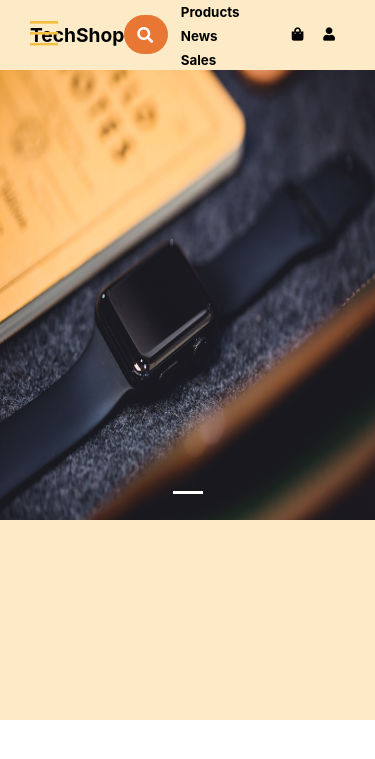
Repository: dinhngocup/TechShop
Page: /home
These files come from the project's save history. The page is drawn as it stood at one moment and after a run of saves; the edit follows.
The browser window is 375 px wide. The pictures show the whole page.
Some web libraries are served in a nearby version. The project was rebuilt for these pictures with package versions that can differ from the ones it lists, and the page was loaded fresh each time. Also part of the build but not shown: src/App.css, src/components/news.jsx.

Above is the page before, as saved 2021-03-17 22:53:05.

### public/index.html
<!doctype html>
<html lang="en">
  <head>
    <title>Title</title>
    <!-- Required meta tags -->
    <meta charset="utf-8">
    <meta name="viewport" content="width=device-width, initial-scale=1, shrink-to-fit=no">

    <!-- Bootstrap CSS -->
    <link rel="stylesheet" href="https://stackpath.bootstrapcdn.com/bootstrap/4.3.1/css/bootstrap.min.css" integrity="sha384-ggOyR0iXCbMQv3Xipma34MD+dH/1fQ784/j6cY/iJTQUOhcWr7x9JvoRxT2MZw1T" crossorigin="anonymous">

    <!-- Font awesome-->
    <link rel="stylesheet" href="https://maxcdn.bootstrapcdn.com/font-awesome/4.7.0/css/font-awesome.min.css">
    <link rel="stylesheet" href="https://cdnjs.cloudflare.com/ajax/libs/font-awesome/5.13.0/css/all.min.css">
  </head>
  <body>
    <div id="root"></div>
    <!-- Optional JavaScript -->
    <!-- jQuery first, then Popper.js, then Bootstrap JS -->
    <script src="https://code.jquery.com/jquery-3.3.1.slim.min.js" integrity="sha384-q8i/X+965DzO0rT7abK41JStQIAqVgRVzpbzo5smXKp4YfRvH+8abtTE1Pi6jizo" crossorigin="anonymous"></script>
    <script src="https://cdnjs.cloudflare.com/ajax/libs/popper.js/1.14.7/umd/popper.min.js" integrity="sha384-UO2eT0CpHqdSJQ6hJty5KVphtPhzWj9WO1clHTMGa3JDZwrnQq4sF86dIHNDz0W1" crossorigin="anonymous"></script>
    <script src="https://stackpath.bootstrapcdn.com/bootstrap/4.3.1/js/bootstrap.min.js" integrity="sha384-JjSmVgyd0p3pXB1rRibZUAYoIIy6OrQ6VrjIEaFf/nJGzIxFDsf4x0xIM+B07jRM" crossorigin="anonymous"></script>
  </body>
</html>

### src/App.js
import Header from "./components/Header/header";
import "./App.css";
import News from './components/news'
import Home from './components/Home/home'
import {
  BrowserRouter as Router,
  Switch,
  Route,
} from "react-router-dom";
function App() {
  return (
    <Router>
      <Header />
      <Switch>
        <Route path="/home" component={Home}/>
        <Route path="/shopping-cart" />
        <Route path="/user-info" />
        <Route path="/products" />
        <Route path="/news" component={News}/>
        <Route path="/sales" />
        <Route path="/contacts" />
      </Switch>
    </Router>
  );
}

export default App;

### src/components/Header/header.jsx
import React from 'react';
import './_header.scss'
import Menu from './Menu/menu'
import Nav from './Nav/nav'
import Info from './Info/info'

function Header() {
    return (
        <div className='header d-flex'>
            <Menu />
            <Nav />
            <Info />
        </div>
    );
}

export default Header;

### src/components/Home/home.jsx
import React from 'react'
import Banner from './Banner/banner'
import './_home.scss'
function Home() {
    return (
        <div className="body-content">
            <Banner />

        </div>
    )
}



export default Home

### src/components/Header/_header.scss
.header {
   height: 70px;
   background-color: rgb(252,235,198);
   flex-direction: row;
   align-items: center;
   justify-content: space-between;
   padding: 0px 30px;
   width: 100%;
   position: fixed;
}

### src/components/Header/Menu/menu.jsx
import React, { useState, useEffect } from "react";
import "./_menu.scss";
import { Link } from "react-router-dom";
import MenuItem from "./menu-item";

function Menu() {
  const [isHiddingMenu, setIsHiddingMenu] = useState(false);
  const [nav, setNav] = useState("");
  const [li, setLi] = useState("");

  //const [menuItems, setMenuItems] = useState("");

  const placeLiElement = (li, nav) => {
    let boundary_y = li[0].getBoundingClientRect().top;
    li.forEach((el, i) => {
      let top =
        el.getBoundingClientRect().top +
        el.getAttribute("data-group") * -11 -
        boundary_y;
      el.style.setProperty("--top", top);
      el.style.setProperty("--delay-close", `${i * 0.1}s`);
      el.style.setProperty("--delay-open", `${(li.length - i) * 0.1}s`);
    });
    nav.classList.toggle("nav-closed");

  }


  //get nav & li position
  useEffect(() => {
    let navElement = document.getElementById("hidden-menu");
    let liElement = navElement.querySelectorAll("li");
    let group_size = Math.ceil(liElement.length / 3);
    let group_index = 0;
    setNav(navElement);
    setLi(liElement);
    liElement.forEach((e, i) => {
      e.setAttribute("data-group", group_index);
      group_index =
        i % group_size === group_size - 1 ? group_index + 1 : group_index;
    });

    setIsHiddingMenu(true);
    placeLiElement(liElement, navElement);
    //console.log('1', isHiddingMenu);

  }, []);

  const showMenu = (isHiddingMenu) => {
    const menuItemsFromDB = [
      {
        label: "Home",
        to: "/home",
        activeOnlyWhenExact: false,
      },
      {
        label: "Contacts",
        to: "/contacts",
        activeOnlyWhenExact: false,
      },
      {
        label: "News",
        to: "/news",
        activeOnlyWhenExact: false,
      },
      {
        label: "Products",
        to: "/products",
        activeOnlyWhenExact: false,
      },
      {
        label: "Sales",
        to: "/sales",
        activeOnlyWhenExact: false,
      },
    ];

    let res = null;
    if (menuItemsFromDB.length > 0)
      res = menuItemsFromDB.map((item, index) => {
        let data = {
          label: item.label,
          to: item.to,
          activeOnlyWhenExact: item.activeOnlyWhenExact,
        };

        return (
          <li key={index}>
            <MenuItem data={data}
            isHiddingMenu={isHiddingMenu}
            handleHideMenu={HandleHiddenMenu}/>
          </li>
        );
      });
    return res;
  };

  const HandleHiddenMenu = (e) => {
    setIsHiddingMenu(!isHiddingMenu);
    //console.log('2', isHiddingMenu);



    // if declare e.preventDef and e.stopPropa, direct to new page is prevented
    //e.preventDefault();

    placeLiElement(li, nav);

    //e.stopPropagation();
  };
  return (

    <div className="fluid-container menu">
      <div className="row">
        <div className="col hidden-menu-container">
          <ul className="hidden-menu" id="hidden-menu">
            {showMenu(isHiddingMenu)}

            <button className="nav-toggle" onClick={HandleHiddenMenu}>
              X
            </button>
          </ul>
        </div>
        <div className="col">
          <Link className="shop-name" to="/home">
            TechShop
          </Link>
        </div>
      </div>
    </div>
  );
}

export default Menu;

### src/components/Header/Nav/nav.jsx
import React from "react";
import './_nav.scss'
import {
  NavLink,
} from "react-router-dom";
import Search from './search'
function Nav(props) {
    return (

        <div className='nav-bar d-flex'>
            <Search />
            <nav className='nav'>
                <ul>
                    <li>
                        <NavLink
                            activeClassName='active'
                            to="/home"
                            exact>
                            Home
                        </NavLink>
                    </li>
                    <li>
                        <NavLink
                            activeClassName='active'
                            to="/products">
                            Products
                        </NavLink>
                    </li>
                    <li>
                        <NavLink
                            activeClassName='active'
                            to="/news">
                            News
                        </NavLink>
                    </li>
                    <li>
                        <NavLink
                            activeClassName='active'
                            to="/sales">
                            Sales
                        </NavLink>
                    </li>
                    <li>
                        <NavLink
                            activeClassName='active'
                            to="/contacts">
                            Contacts
                        </NavLink>
                    </li>
                </ul>
            </nav>


        </div>
    );
}

export default Nav;

### src/components/Header/Info/info.jsx
import React from "react";
import "./_info.scss";
import {
  NavLink,
} from "react-router-dom";

function Info() {
    return (
        <div className="info-group d-flex">
            <NavLink
                activeClassName='active'
                to="/shopping-cart">
                <i className="fa fa-shopping-bag"></i>
            </NavLink>
            <NavLink
                activeClassName='active'
                to="/user-info">
                <i className="fa fa-user"></i>
            </NavLink>
        </div>
    );
}

export default Info;

### src/components/Home/Banner/banner.jsx
import React, { useState, useEffect } from "react";
import "./_banner.scss";
import image from '../../../assets/images/pic1.jpg'

function Banner() {
  const [bannerImages, setBannerImages] = useState("");

  //get banner images from DB
  useEffect(() => {
    // call api

    // temp data
    let images = [
      {
        src: "../../../assets/images/pic1.jpg",
        alt: "Apple Watch",
        status: "active",
      },
      {
        src: "../../../assets/images/pic2.jpg",
        alt: "Apple Watch",
        status: "inactive",
      },
      {
        src: "../../../assets/images/pic3.jpg",
        alt: "Apple Watch",
        status: "inactive",
      },
    ];
  }, []);

  return (
    <div id="demo" className="banner carousel slide" data-ride="carousel">
      <ul className="carousel-indicators">
        <li data-target="#demo" data-slide-to="0" className="active"></li>
      </ul>
      <div className="carousel-inner">
        <div className="carousel-item active">
          <img src={image} alt="Los Angeles" />
        </div>

      </div>
    </div>
  );
}

export default Banner;

### src/components/Home/_home.scss
.body-content {
    //overflow: hidden;
    padding-top: 70px;
    width: 100%;
    background-color: rgb(252,235,198);
    height: 90vh;
}

### src/components/Header/Menu/_menu.scss
@import '../Shared.scss';
.menu {
    width: 140px;
    .shop-name {
        font-weight: bold;
        font-size: larger;
        color: black;
        text-decoration: none;
    }

    .hidden-menu-container {
        display: relative;
        z-index: 999;
        .hidden-menu {
            display: inline-block;
            list-style-type: none;

            position: absolute;
            top:0;
            list-style-type: none;
            padding: 0;
            margin: 0;
            width: 200px;
            li {
                overflow: visible;
                height: 60px;
                width: 100%;
                background-color: rgb(244, 190, 67);

                transform-origin: 0 0;
                transition: transform 0.6s ease;
                transition-delay: var(--delay-open);
                padding: 20px 40px;
                align-items: center;
                a {
                    text-align: center;
                    color: rgba(255, 255, 255, 0.6);
                    font-size: 16px;
                    &:hover {
                        text-decoration: none;
                        color: white !important;
                        box-shadow: 10px 0px 40px -5px #fff;
                    }
                    &.active {
                        color: white;
                        font-weight: 700;
                    }

                }
            }
            .nav-toggle {
                position: absolute;
                top: 0;
                width: 50px;
                height: 50px;
                /* opacity: 0; */
                cursor: pointer;
                transform-origin: 0 0;
                outline: none;
                margin-left: 10px;
                right: 0;
                transition: right 1s ease, opacity 1s ease;
                opacity: 1;
                background-color: rgb(244, 190, 67);
                border: none;
                color:rgba(255, 255, 255, 0.6);
            }

            .nav-toggle:hover {
                border-radius: 50%;
                background-color: rgba(244, 190, 67, 0.1);
                color: white

            }
        }

        .nav-closed a {
            color: rgb(244, 190, 67);
        }

        .nav-closed li {
            transform: translateY(calc(var(--top) * -1px)) scaleY(0.04) scaleX(0.14);
            transition-delay: var(--delay-close);
            color: rgb(244, 190, 67);
        }

        .nav-closed .nav-toggle {
            right: calc(100% - 50px);
            opacity: 0;
        }
    }
}

### src/components/Header/Menu/menu-item.jsx
import React from 'react'
import PropTypes from 'prop-types'
import { Route, NavLink } from "react-router-dom";

MenuItem.propTypes = {
    data: PropTypes.object.isRequired,
    isHiddingMenu: PropTypes.bool.isRequired,
    handleHideMenu: PropTypes.func,
}

function MenuItem(props) {
    const {data, isHiddingMenu, handleHideMenu} = props;
    //console.log('3',isHiddingMenu)


    return (
        <Route
          path={data.to}
          exact={data.activeOnlyWhenExact}
          children={() => {
            if (isHiddingMenu) return <span>{data.label}</span>;
            return (
              <NavLink
                activeClassName="active"
                to={data.to}
                exact={data.activeOnlyWhenExact}
                onClick={handleHideMenu}
              >
                {data.label}
              </NavLink>
            );
          }}
        />
      );
}


export default MenuItem

### src/components/Header/Nav/_nav.scss
.nav-bar {
    align-items: center;
    .nav {
        ul {
            padding: 0;
            margin: 0;
            li {
                display: inline;
                padding: 20px;
                font-size: smaller;
                font-weight: bold;
                position: relative;
                a {
                    color: black;
                    transition: 0.8s;
                    &:after {
                        transition: 0.8s;
                        position: absolute;
                        content: "";
                        background-color: #E77733;

                        height: 2px;
                        width: 0%;

                        bottom: 10px;
                        left:0;
                        right: 0;

                        margin: 0 auto;
                    }
                    &:hover {
                        text-decoration: none;
                        color: #E77733;
                        &:after {
                            width: 50%;
                        }
                    }
                }
                .active {
                    color: #E77733;
                    &:after {
                        position: absolute;
                        content: "";
                        background-color: #E77733;

                        height: 2px;
                        width: 50%;

                        bottom: 10px;
                        left:0;
                        right: 0;

                        margin: 0 auto;
                    }
                }


            }
        }

    }
}

### src/components/Header/Nav/search.jsx
import React from 'react'
import './_search.scss'


function Search(props) {
    return (
        <form  className='search-form'>
            <input type="search" />
            <i className="fa fa-search"></i>
        </form>
    )
}



export default Search

### src/components/Header/Info/_info.scss

@import '../Shared.scss';

.info-group {
    font-size: smaller;
    justify-content: space-between;
    align-items: center;
    width: 80px;
    a {
        color: black;
        i {
            padding: 10px;
            border-radius: 50%;
            &:hover {
                box-shadow: 10px 0px 40px -5px #E77733, inset 0px 0px 40px 0px white;
            }
        }
        &.active {
            i {
                @include inset-shadow-active;
            }
        }

    }
}

### src/components/Home/Banner/_banner.scss
.banner {
    width: 100%;
    height: 450px;
    background-color: deeppink;
    border-radius: 0 0 10px 10px;
    display: flex;
    .carousel-item {
        height: 100%;
        img {
            height: 100%;
            width: 100%;
            object-fit: fill;
        }
    }
}
@media only screen and (max-width: 600px) {
    banner {
      background-color: lightblue;
    }
  }

### src/components/Header/Shared.scss
@mixin inset-shadow {
    padding: 10px;
    border-radius: 50%;
    box-shadow: inset 0px 0px 10px 0px white;
    &:hover {
        box-shadow: 10px 0px 40px -5px #E77733, inset 0px 0px 40px 0px white;
    }

}

@mixin inset-shadow-active {
    transition: 0.8s;
    box-shadow: 0 0 0px 2px #E77733, inset 0px 0px 40px 0px white;


}

### src/components/Header/Nav/_search.scss
.search-form {
    z-index: 999;
    display: inline;
    position: relative;

    width: 50px;
    height: 40px;

    input {
        padding-left: 40px;
        position: absolute;
        top: 0;
        left: 0;
        width: 40px;

        line-height: 35px;

        //     font-size: 1em;
        border-radius: 25px;
        border: solid 1px #E77733;
        transition: 0.8s;
        background-color: #E77733;
        pointer-events: none;
        &:focus {
            outline: none;
        }
    }
    &:hover {
        i {
            color: #E77733;
            background-color: white;
        }
        input {
            pointer-events: visible;
            width: 470px;
            background-color: white;
        }
    }
    i {
        box-sizing: border-box;

        position: absolute;
        top: 2px;
        left: 3px;
        border-radius: 50%;
        padding: 10px;
        background-color: #E77733;
        color: white
    }
}

// form:hover{
//     width: 200px;
//     cursor: pointer;
// }

// form:hover input{
//     display: block;
// }

// form:hover .fa{
//     background: #07051a;
//     color: white;
// }

Loaded but not shown: src/index.js (common file); src/index.css (common file); src/reportWebVitals.js (common file)

After the next 2 saves:
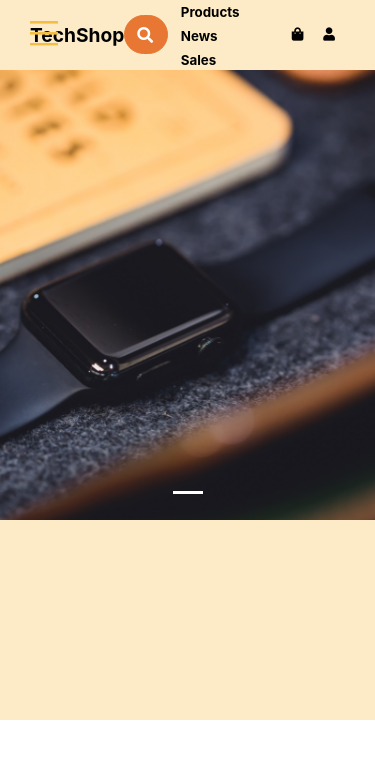
The 2 saves are shown as one change because they came seconds apart.
The last was saved 3 min 19 s later.
--- a/src/components/Home/Banner/_banner.scss
+++ b/src/components/Home/Banner/_banner.scss
@@ -9,12 +9,7 @@
         img {
             height: 100%;
             width: 100%;
-            object-fit: fill;
+            object-fit: cover;
         }
     }
 }
-@media only screen and (max-width: 600px) {
-    banner {
-      background-color: lightblue;
-    }
-  }
